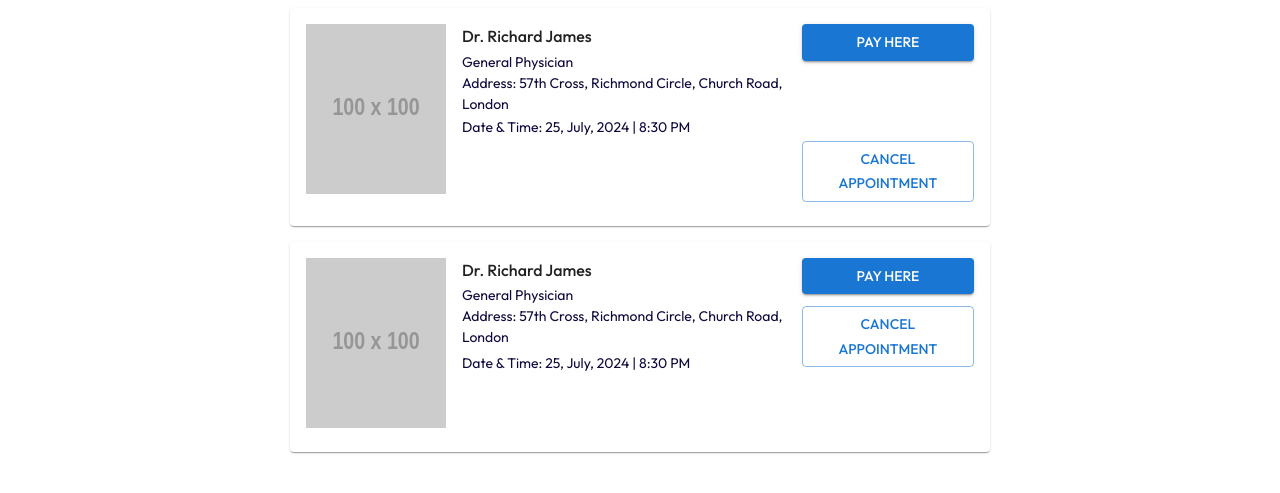
Repository: Ali-Dmerdash/DEPI_GRAD
Page: /
The author's editor kept a copy of each file at every save. The page is drawn from the files as they stood at one save, then again after the next save.
The browser window is 1280 px wide. The pictures show the whole page.
The project was rebuilt for these pictures with package versions that can differ from the ones it lists, and the page was loaded fresh each time. Also part of the build but not shown: vite.config.ts.

Above is the page before, as saved 2024-10-08 20:55:00.

After the next save:
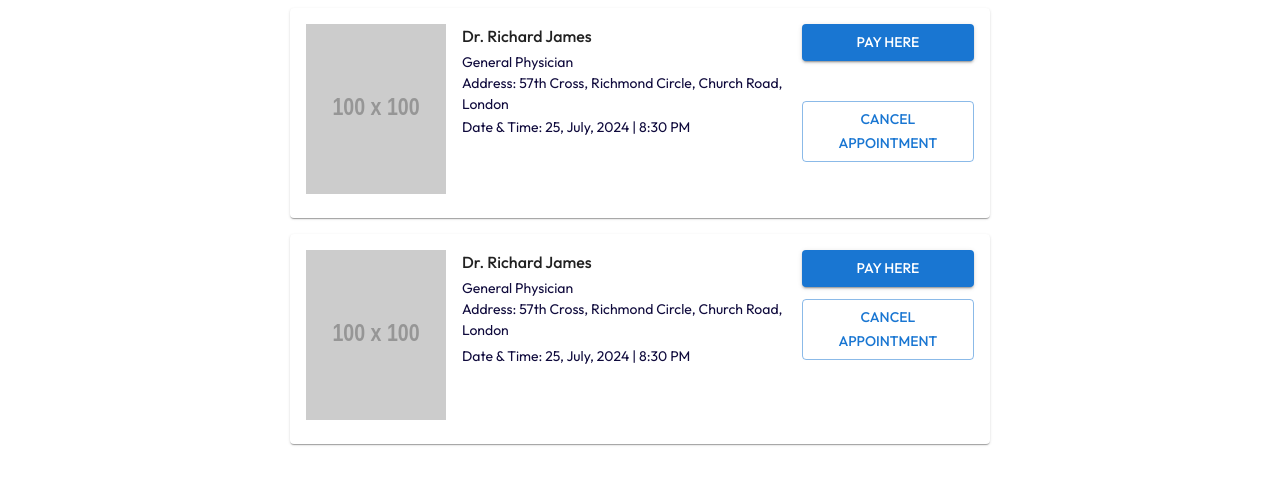
Saved 6 s later.
--- a/src/pages/myappointment/index.tsx
+++ b/src/pages/myappointment/index.tsx
@@ -42,7 +42,7 @@ const MyAppointment: React.FC = () => {
               <Button variant="contained" color="primary">
                 Pay here
               </Button>
-              <Button variant="outlined" color="primary" sx={{ marginTop: 10 }}>
+              <Button variant="outlined" color="primary" sx={{ marginTop: 5 }}>
                 Cancel appointment
               </Button>
             </Box>
